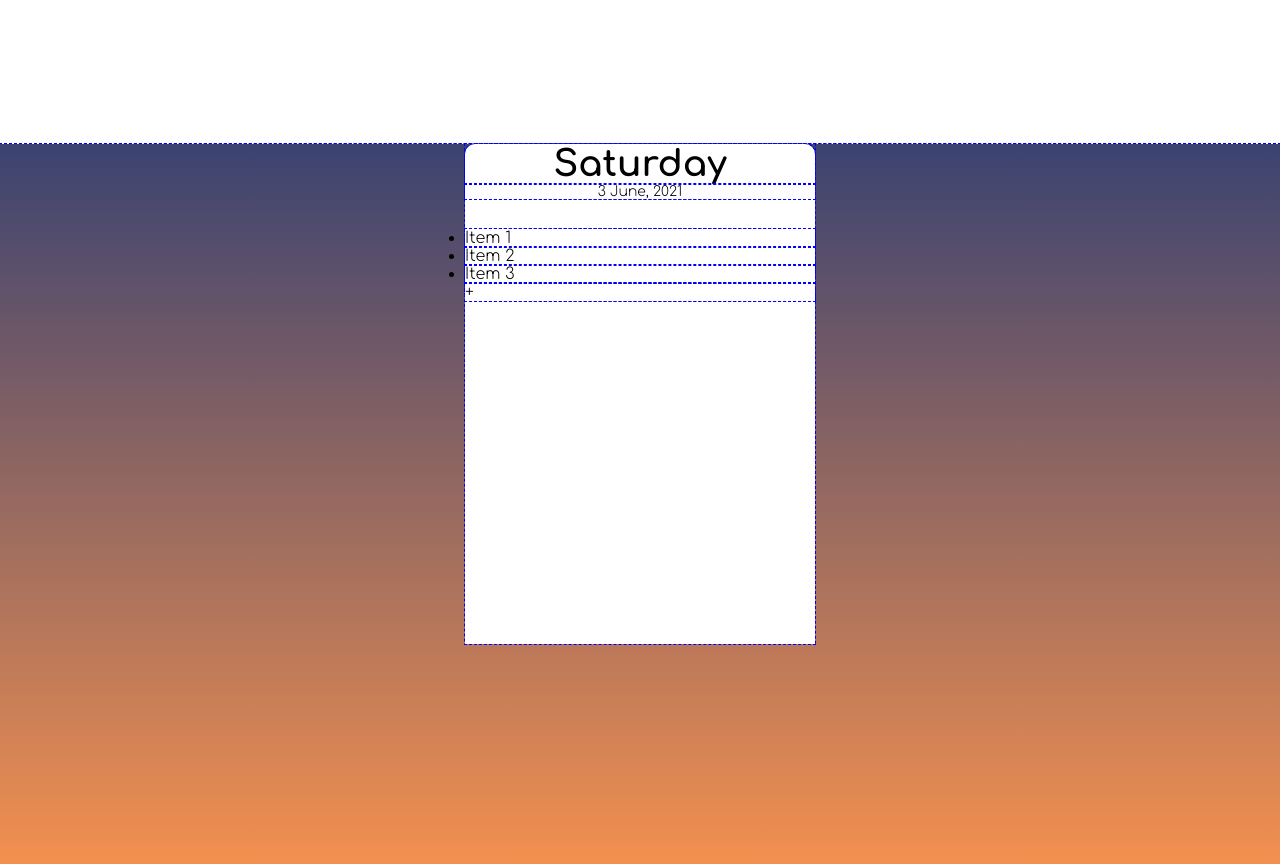
Repository: Colo-Codes/mini-projects
Page: todo-app/index.html
The author's editor kept a copy of each file at every save. The page is drawn from the files as they stood at one save, then again after the next save.
The browser window is 1280 px wide. The pictures show the whole page.

Above is the page before, as saved 2021-07-04 11:11:15.

After the next save:
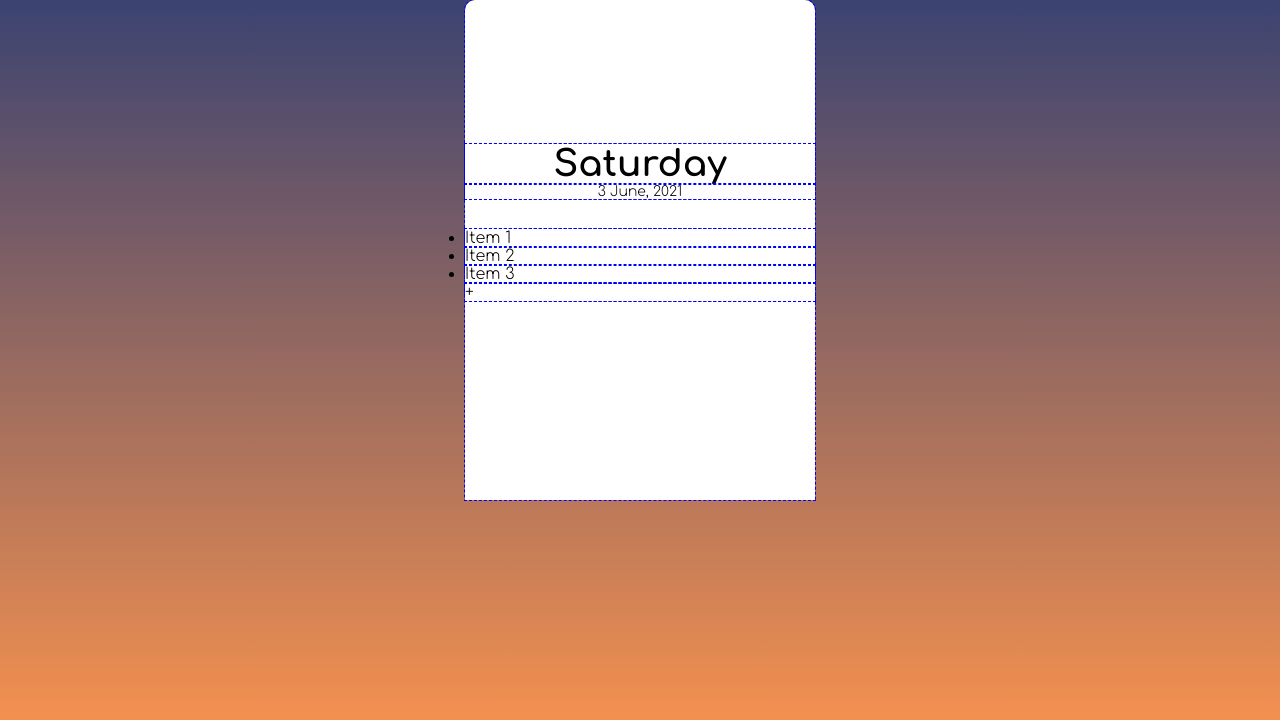
Saved 17 s later.
--- a/todo-app/css/index.css
+++ b/todo-app/css/index.css
@@ -37,7 +37,7 @@ body {
 
 .todo {
     margin: auto;
-    margin-top: 20vh;
+    padding-top: 20vh;
     width: 350px;
     height: 500px;
     background-color: white;
